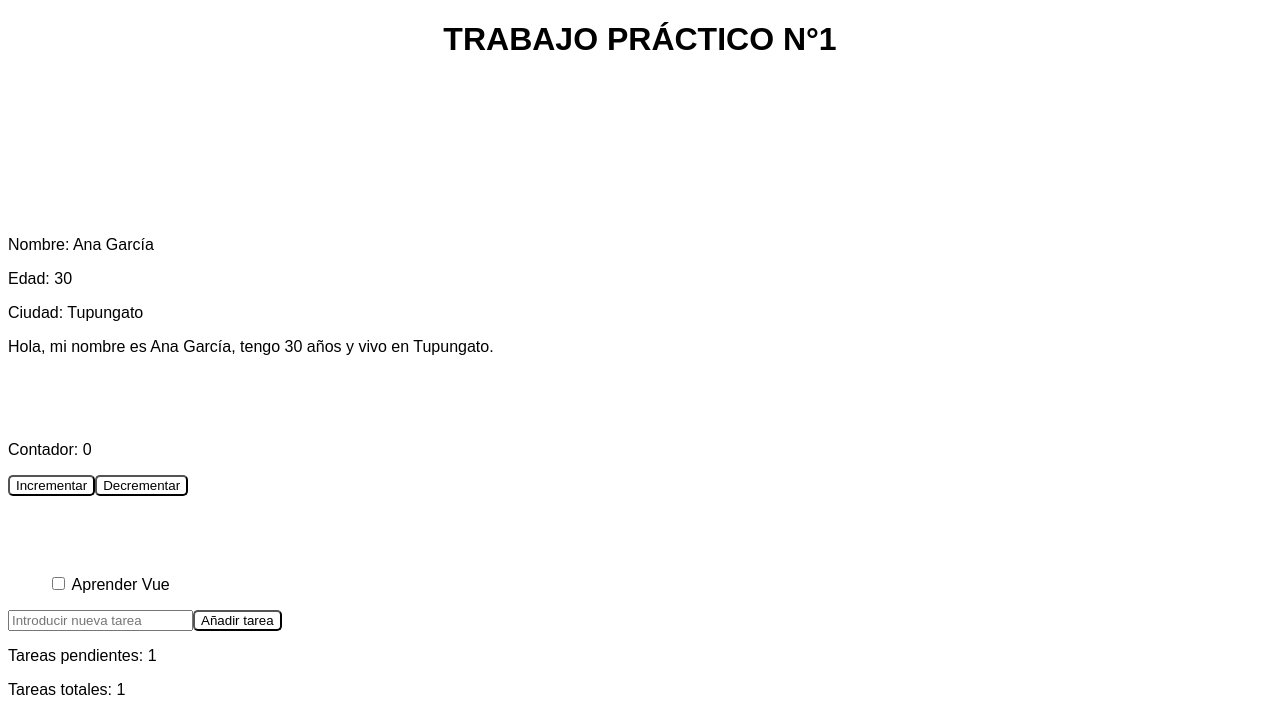
Repository: SofiaSferco/PWA
Page: practico01/index.html
An editor plug-in stored every save of this project. The page is shown before and after a run of saves, followed by the edit.
The browser window is 1280 px wide. The pictures show the whole page.

Above is the page before, as saved 2025-10-03 14:14:11.

After the next 3 saves:
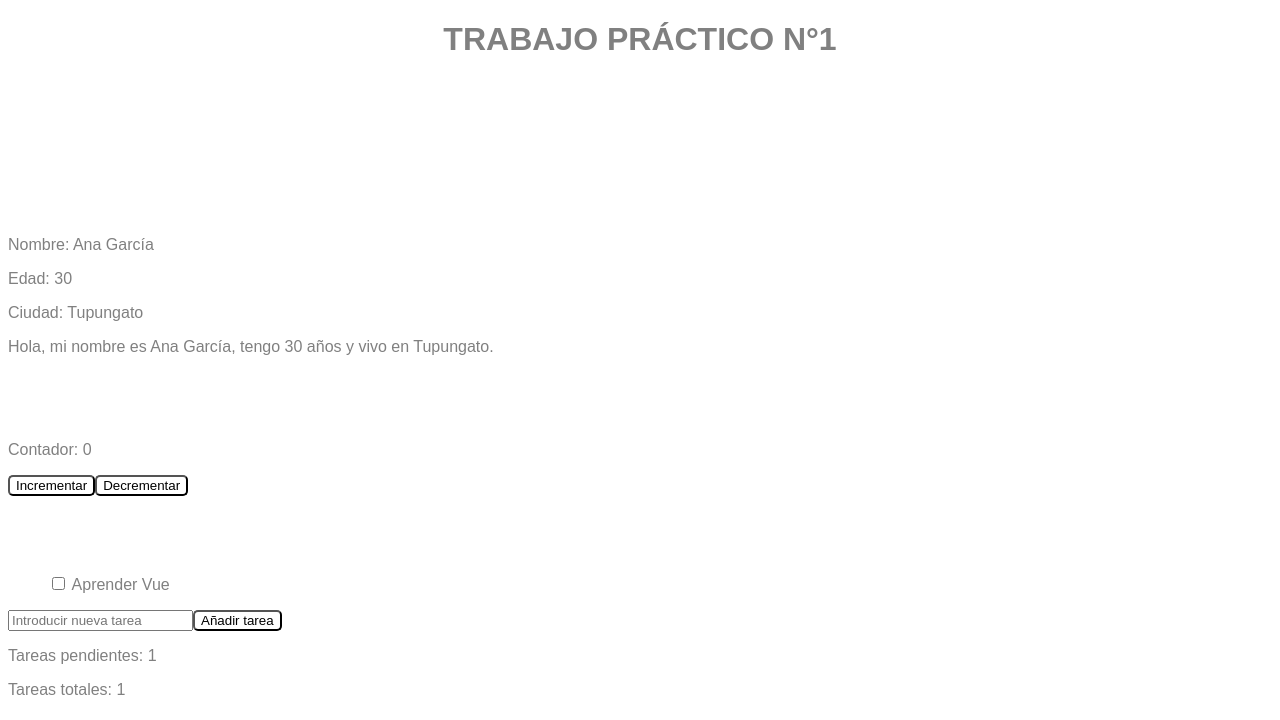
The 3 saves are shown as one change because they came seconds apart.
The last was saved 9 s later.
--- a/practico01/index.html
+++ b/practico01/index.html
@@ -80,7 +80,7 @@
 <style>
     body {
         font-family: Arial, Helvetica, sans-serif;
-        color: #
+        color: gray;
     }
     h1{
         text-align: center;
